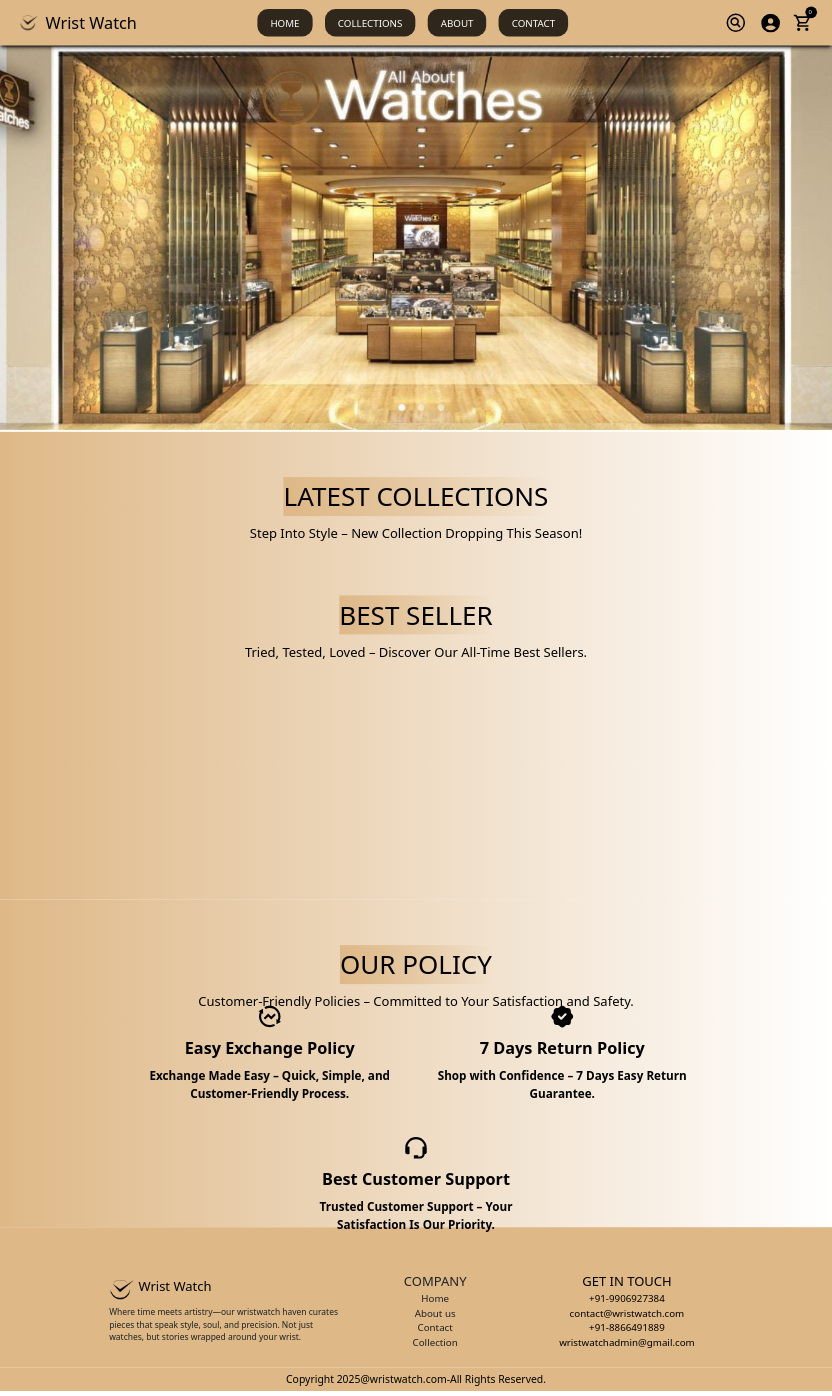
Repository: mansibhanushali/online_watch_ecommerce_mernstack_webapplication
Page: / (app in frontend/)
These files come from the project's save history. The page is drawn as it stood at one moment and after the next save; the edit follows.
The browser window is 1280 px wide. The pictures show the whole page, at 65% of full size.
The page's requests for data from a server got no answer. The project was rebuilt for these pictures with package versions that can differ from the ones it lists, and the page was loaded fresh each time. No one was signed in, and anything a server would have sent is missing. Also part of the build but not shown: frontend/vite.config.js, frontend/src/component/Loading.jsx, frontend/src/pages/Registration.jsx, frontend/src/component/Card.jsx, frontend/src/pages/Login.jsx, frontend/src/pages/About.jsx, frontend/src/pages/Collections.jsx, frontend/src/pages/Contact.jsx and 6 more.

Above is the page before, as saved 2025-08-16 19:49:23.

### frontend/index.html
<!doctype html>
<html lang="en">
  <head>
    <meta charset="UTF-8" />
    <link rel="icon" type="image/svg+xml" href="\logo1.png" />
    <meta name="viewport" content="width=device-width, initial-scale=1.0" />
    <title>Wristwatch</title>
  </head>
  <body>
    <div id="root"></div>
    <script type="module" src="/src/main.jsx"></script>
  </body>
</html>

### frontend/src/main.jsx
// src/main.jsx
import React from 'react';
import { createRoot } from 'react-dom/client';
import { BrowserRouter } from 'react-router-dom';
import './index.css';

import App from './App.jsx';
import AuthContext from './context/authContext.jsx';
import UserContextProvider from './context/UserContext.jsx';
import ShopContext from './context/ShopContext.jsx';

createRoot(document.getElementById('root')).render(
  <React.StrictMode>
    <BrowserRouter>
      <AuthContext>
        <UserContextProvider>
          <ShopContext>
            <App />
          </ShopContext>
        </UserContextProvider>
      </AuthContext>
    </BrowserRouter>
  </React.StrictMode>
);

### frontend/src/index.css
@import "tailwindcss";

body {
  @apply bg-white min-h-screen;
}

### frontend/src/App.jsx
import React, { useContext } from 'react';
import { Navigate, Route, Routes, useLocation } from 'react-router-dom';
import Registration from './pages/Registration';
import Home from './pages/Home';
import Login from './pages/Login';
import Nav from './component/Nav';
import { userDataContext } from './context/UserContext';
import About from './pages/About';
import Collections from './pages/Collections';
import Product from './pages/Product';
import Contact from './pages/Contact';
import ProductDetail from './pages/ProductDetail';
import Cart from './pages/Cart';
import PlaceOrder from './pages/PlaceOrder';
import Order from './pages/Order';
import { ToastContainer } from 'react-toastify';
import NotFound from './pages/NotFound';

function App() {
  const { userData } = useContext(userDataContext);
  const location = useLocation();

  // Protected route wrapper
  const ProtectedRoute = (Component) => {
    return userData ? (
      Component
    ) : (
      <Navigate to="/login" state={{ from: location.pathname }} />
    );
  };

  return (
    <>
      <ToastContainer />
      <Nav />
      <Routes>
        {/* Public Routes */}
        <Route path="/" element={<Home />} />
        <Route path="/about" element={<About />} />
        <Route path="/collection" element={<Collections />} />
        <Route path="/collection/:category" element={<Collections />} />
        <Route path="/product" element={<Product />} />
        <Route path="/contact" element={<Contact />} />

        {/* Auth Routes */}
        <Route
          path="/login"
          element={
            userData ? (
              <Navigate to={location.state?.from || '/'} />
            ) : (
              <Login />
            )
          }
        />
        <Route
          path="/signup"
          element={
            userData ? (
              <Navigate to={location.state?.from || '/'} />
            ) : (
              <Registration />
            )
          }
        />

        {/* Protected Routes */}
        <Route
          path="/productdetail/:productId"
          element={ProtectedRoute(<ProductDetail />)}
        />
        <Route path="/cart" element={ProtectedRoute(<Cart />)} />
        <Route path="/placeorder" element={ProtectedRoute(<PlaceOrder />)} />
        <Route path="/order" element={ProtectedRoute(<Order />)} />

        {/* 404 Fallback */}
        <Route path="*" element={<NotFound />} />
      </Routes>
    </>
  );
}

export default App;

### frontend/src/context/AuthContext.jsx
// src/context/AuthContext.jsx
import React, { createContext, useReducer, useEffect } from "react";
import axios from "axios";

const initialState = {
  user: null,
  token: null,
  isAuthenticated: false,
};

function reducer(state, action) {
  switch (action.type) {
    case "LOGIN":
      return {
        ...state,
        user: action.payload.user,
        token: action.payload.token,
        isAuthenticated: true,
      };
    case "LOGOUT":
      return initialState;
    default:
      return state;
  }
}

export const authDataContext = createContext();

function AuthContext({ children }) {
  const serverUrl = "http://localhost:8000";

  const [state, dispatch] = useReducer(reducer, initialState, () => {
    const token = localStorage.getItem("token");
    const user = localStorage.getItem("user");
    return token && user
      ? { token, user: JSON.parse(user), isAuthenticated: true }
      : initialState;
  });

  // axios defaults setup (runs whenever token changes)
  useEffect(() => {
    axios.defaults.baseURL = serverUrl;
    axios.defaults.withCredentials = true;

    if (state.token) {
      axios.defaults.headers.common["Authorization"] = `Bearer ${state.token}`;
      localStorage.setItem("token", state.token);
      localStorage.setItem("user", JSON.stringify(state.user));
    } else {
      delete axios.defaults.headers.common["Authorization"];
      localStorage.removeItem("token");
      localStorage.removeItem("user");
    }
  }, [state.token, state.user]);

  // Fetch current user from backend
  const fetchCurrentUser = async (token) => {
    try {
      const res = await axios.get("/api/user/getcurrentuser", {
        headers: { Authorization: `Bearer ${token}` }
      });
      return res.data;
    } catch (err) {
      console.error("Fetch current user error:", err.response?.data || err.message);
      return null;
    }
  };

  // Login and fetch user
  const login = async ({ token }) => {
    const user = await fetchCurrentUser(token);
    if (user) {
      dispatch({ type: "LOGIN", payload: { token, user } });
    }
  };

  const logout = () => dispatch({ type: "LOGOUT" });

  // Auto login when page refreshes
  useEffect(() => {
    const autoLogin = async () => {
      if (state.token && !state.user) {
        const user = await fetchCurrentUser(state.token);
        if (user) {
          dispatch({ type: "LOGIN", payload: { token: state.token, user } });
        }
      }
    };
    autoLogin();
  }, []);

  return (
    <authDataContext.Provider value={{ serverUrl, ...state, login, logout }}>
      {children}
    </authDataContext.Provider>
  );
}

export default AuthContext;

### frontend/src/context/UserContext.jsx
// src/context/UserContext.jsx
import React, { createContext, useContext, useEffect, useState } from 'react';
import { authDataContext } from './AuthContext';
import axios from 'axios';

export const userDataContext = createContext();

function UserContextProvider({ children }) {
  const [userData, setUserData] = useState(null);
  const { serverUrl } = useContext(authDataContext);

  const getCurrentUser = async () => {
    try {
      // ✅ Cookie-based request
      const result = await axios.get(`${serverUrl}/api/user/getcurrentuser`, {
        withCredentials: true, // Cookie automatically send होगी
      });

      if (result.data?.success) {
        setUserData(result.data.user);
      } else {
        setUserData(null);
      }
    } catch (error) {
      setUserData(null);
      console.error("getCurrentUser error:", error);
    }
  };

  // 🔹 Page load pe call
  useEffect(() => {
    getCurrentUser();
  }, []);

  return (
    <userDataContext.Provider value={{ userData, setUserData, getCurrentUser }}>
      {children}
    </userDataContext.Provider>
  );
}

export default UserContextProvider;

### frontend/src/context/ShopContext.jsx
import React, { createContext, useContext, useEffect, useState, useCallback } from 'react';
import { authDataContext } from './authContext';
import { userDataContext } from './UserContext';
import axios from 'axios';
import { toast } from 'react-toastify';

export const shopDataContext = createContext();

function ShopContextProvider({ children }) {
  const [products, setProducts] = useState([]);
  const [search, setSearch] = useState('');
  const { userData } = useContext(userDataContext);
  const [showSearch, setShowSearch] = useState(false);
  const { serverUrl } = useContext(authDataContext);
  const [cartItem, setCartItem] = useState({});
  const [loading, setLoading] = useState(false);
  const [token, setToken] = useState(localStorage.getItem("token") || "");

  const currency = '₹';
  const delivery_fee = 40;

  // token sync
  useEffect(() => {
    const savedToken = localStorage.getItem("token");
    if (savedToken) {
      setToken(savedToken);
    }
  }, []);

  // ✅ Get products
  const getProducts = useCallback(async () => {
    if (!serverUrl) return;
    try {
      const result = await axios.get(`${serverUrl}/api/product/list`);
      setProducts(result.data);
    } catch (error) {
      console.error("Get Products Error:", error);
    }
  }, [serverUrl]);

  // ✅ Add to cart
  const addtoCart = async (itemId) => {
    let cartData = structuredClone(cartItem);
    cartData[itemId] = (cartData[itemId] || 0) + 1;
    setCartItem(cartData);

    if (userData && token) {
      setLoading(true);
      try {
        await axios.post(
          `${serverUrl}/api/cart/add`,
          { itemId },
          {
            headers: { Authorization: `Bearer ${token}` },
            withCredentials: true
          }
        );
      } catch (error) {
        console.error(error);
        toast.error("Add Cart Error");
      } finally {
        setLoading(false);
      }
    }
  };

  // ✅ Get user cart
  const getUserCart = useCallback(async () => {
    if (!token || !serverUrl) return;
    try {
      const result = await axios.post(
        `${serverUrl}/api/cart/get`,
        {},
        {
          headers: { Authorization: `Bearer ${token}` },
          withCredentials: true
        }
      );
      setCartItem(result.data || {});
    } catch (error) {
      console.error("Get User Cart Error:", error);
    }
  }, [serverUrl, token]);

  // ✅ Update cart item quantity
  const updateQuantity = async (itemId, quantity) => {
    let cartData = structuredClone(cartItem);
    cartData[itemId] = quantity;
    setCartItem(cartData);

    if (userData && token) {
      try {
        await axios.post(
          `${serverUrl}/api/cart/update`,
          { itemId, quantity },
          {
            headers: { Authorization: `Bearer ${token}` },
            withCredentials: true
          }
        );
      } catch (error) {
        console.error(error);
      }
    }
  };

  // ✅ Total cart items count
  const getCartCount = () => {
    return Object.values(cartItem).reduce((acc, qty) => acc + qty, 0);
  };

  // ✅ Total cart amount
  const getCartAmount = () => {
    let totalAmount = 0;
    for (const itemId in cartItem) {
      let itemInfo = products.find((product) => product._id === itemId);
      if (itemInfo && cartItem[itemId] > 0) {
        totalAmount += itemInfo.price * cartItem[itemId];
      }
    }
    return totalAmount;
  };

  // Fetch products and cart
  useEffect(() => {
    getProducts();
  }, [getProducts]);

  useEffect(() => {
    getUserCart();
  }, [getUserCart]);

  let value = {
    products,
    currency,
    delivery_fee,
    getProducts,
    search,
    setSearch,
    showSearch,
    setShowSearch,
    cartItem,
    addtoCart,
    getCartCount,
    setCartItem,
    updateQuantity,
    getCartAmount,
    loading,
    serverUrl,
    setToken,
    token
  };

  return (
    <shopDataContext.Provider value={value}>
      {children}
    </shopDataContext.Provider>
  );
}

export default ShopContextProvider;

### frontend/src/pages/Home.jsx
import React, { useState, useEffect } from 'react'
import Backgound from '../component/Backgound'
import Product from './Product'
import OurPolicy from '../component/OurPolicy'
import Footer from '../component/Footer'

function Home() {
  let [heroCount, setHeroCount] = useState(0)

  useEffect(() => {
    let interval = setInterval(() => {
      setHeroCount(prevCount => (prevCount === 3 ? 0 : prevCount + 1))
    }, 3000)
    return () => clearInterval(interval)
  }, [])

  return (
    <div className="overflow-x-hidden relative top-[70px]">
      <div className="w-[100vw] lg:h-[55vh] md:h-[50vh] sm:h-[30vh] bg-gradient-to-l from-[burlwood] to-[burlywood]">
        <Backgound heroCount={heroCount} />
      </div>
      <Product />
      <OurPolicy />
      <Footer />
    </div>
  )
}

export default Home

### frontend/src/pages/Product.jsx
import React from 'react'
import LatestCollection from '../component/LatestCollection'
import BestSeller from '../component/BestSeller'

function Product() {
  return (
    <div className='w-[100vw] min-h-[100vh] bg-gradient-to-l from-[burlwood] to-[burlywood] flex items-center justify-start flex-col py-[20px]'>

        <div className='w-[100%] min-h-[70px] flex items-center justify-center gap-[10px]  flex-col '>
            <LatestCollection/>
        </div>
        <div className='w-[100%] min-h-[70px] flex items-center justify-center gap-[10px]  flex-col '>
            <BestSeller/>
        </div>

    </div>
  )
}

export default Product

### frontend/src/component/Backgound.jsx
import React from 'react'
import back1 from "../assets/back1.jpg"

function Background() {
  return (
    <img
      src={back1}
      alt="background"
      className="w-[100%] h-[150%] float-left overflow-auto object-cover"
    />
  )
}

export default Background

### frontend/src/component/OurPolicy.jsx
import React from 'react'
import Title from './Title'
import { RiExchangeFundsLine } from "react-icons/ri";
import { TbRosetteDiscountCheckFilled } from "react-icons/tb";
import { BiSupport } from "react-icons/bi";

function OurPolicy() {
  return (
    <div className='w-[100vw] h-[100vh] md:h-[70vh] flex items-center justify-start flex-col  bg-gradient-to-l from-[burlwood] to-[burlywood] gap-[50px] '>
        <div className='h-[8%] w-[100%] text-center mt-[70px] '>
            <Title text1={<span className='text-[black]'>OUR</span>} text2={<span className='text-[black]'>POLICY</span>}/>
            <p className='w-[100%] m-auto text-[13px] md:text-[20px] px-[10px] text-black '>Customer-Friendly Policies – Committed to Your Satisfaction and Safety.</p>
        </div>
      <div className='w-[100%] md:min-h-[50%] h-[20%] flex items-center justify-center flex-wrap lg:gap-[50px] gap-[80px]'>
        <div className='w-[400px] max-w-[90%] h-[60%] flex items-center justify-center flex-col gap-[10px] '>
        <RiExchangeFundsLine  className='md:w-[60px] w-[30px] h-[30px] md:h-[60px] text-[black]'/>
        <p className='font-semibold md:text-[25px] text-[19px] text-[black]'>Easy Exchange Policy</p>
        <p className='font-semibold md:text-[18px] text-[12px] text-[black] text-center'>Exchange Made Easy – Quick, Simple, and Customer-Friendly Process.</p>

        </div>
        <div className='w-[400px] max-w-[90%] h-[60%] flex items-center justify-center flex-col gap-[10px] '>
        <TbRosetteDiscountCheckFilled  className='md:w-[60px] w-[30px] h-[30px] md:h-[60px] text-[black]'/>
        <p className='font-semibold md:text-[25px] text-[19px] text-[black]'>7 Days Return Policy</p>
        <p className='font-semibold md:text-[18px] text-[12px] text-[black] text-center'>Shop with Confidence – 7 Days Easy Return Guarantee.</p>

        </div>
        <div className='w-[400px] max-w-[90%] h-[60%] flex items-center justify-center flex-col gap-[10px] '>
        <BiSupport  className='md:w-[60px] w-[30px] h-[30px] md:h-[60px] text-[black]'/>
        <p className='font-semibold md:text-[25px] text-[19px] text-[black]'>Best Customer Support</p>
        <p className='font-semibold md:text-[18px] text-[12px] text-[black] text-center'>Trusted Customer Support – Your Satisfaction Is Our Priority.</p>

        </div>
      </div>
    </div>
  )
}

export default OurPolicy

### frontend/src/component/Footer.jsx
import React from 'react'
import logo from "../assets/logo.png"
function Footer() {
  return (
    <div className='w-[100%] md:h-[36vh] h-[21vh] mb-[77px] md:mb-[0px]'>
        <div className='w-[100%] md:h-[30vh] h-[15vh]  md:mb-[0px] bg-[burlywood] flex items-center justify-center md:px-[50px] px-[5px]'>
            <div className='md:w-[30%] w-[35%] h-[100%] flex items-start justify-center flex-col gap-[5px]  '>
                <div className='flex items-start justify-start gap-[5px] mt-[10px] md:mt-[40px]'>
                    <img src={logo} alt=""  className='md:w-[40px] md:h-[40px] w-[30px] h-[30px]'/>
                    <p className='text-[19px] md:text-[20px] text-[black] '>Wrist Watch</p>

                </div>
                <p className='text-[13px] text-[#1e2223] hidden md:block'>Where time meets artistry—our wristwatch haven curates pieces that speak style, soul, and precision. Not just watches, but stories wrapped around your wrist.</p>
                    <p className='text-[15px] text-[#1e2223] flex md:hidden'>Fast Easy Reliable</p>


            </div>
            <div className='md:w-[25%] w-[30%] h-[100%] flex items-center justify-center flex-col text-center'>
                    <div className='flex items-center justify-center gap-[5px] mt-[10px] md:mt-[40px]'>
                        <p className='text-[19px] md:text-[20px] text-[#1e2223] font-sans '>COMPANY</p>

                    </div>
                    <ul>
                         <li className='text-[15px] text-[#1e2223] hidden md:block cursor-pointer'>Home</li>
                        <li className='text-[15px] text-[#1e2223] cursor-pointer '>About us</li>
                        <li className='text-[15px] text-[#1e2223] cursor-pointer '>Contact</li>
                        <li className='text-[15px] text-[#1e2223] cursor-pointer '>Collection</li>
                    </ul>
                </div>

                <div className='md:w-[25%] w-[40%]  h-[100%] flex items-center justify-center flex-col text-center '>
                     <div className='flex items-center justify-center gap-[5px] mt-[10px] md:mt-[40px]'>
                        <p className='text-[19px] md:text-[20px] text-[black] font-sans '>GET IN TOUCH</p>

                    </div>
                     <ul>
                         <li className='text-[15px] text-[black] '>+91-9906927384</li>
                        <li className='text-[15px] text-[black] '>contact@wristwatch.com</li>
                        <li className='text-[15px] text-[black] hidden md:block'>+91-8866491889</li>
                        <li className='text-[15px] text-[black] hidden md:block'>wristwatchadmin@gmail.com</li>
                    </ul>
                </div>

        </div>
        <div className='w-[100%] h-[5vh] bg-[burlywood] flex items-center justify-center'>Copyright 2025@wristwatch.com-All Rights Reserved.</div>

    </div>
  )
}

export default Footer

### frontend/src/component/Title.jsx
import React from 'react'

function Title({text1 ,text2}) {
  return (
    <div className='inline-flex gap-2 items-center text-center mb-3 text-[35px] md:text-[40px] bg-gradient-to-l from-[burlwood] to-[burlywood]'>
        <p className='text-black'>{text1} <span className='text-[black] '>{text2}</span></p>

    </div>
  )
}

export default Title

### frontend/src/component/LatestCollection.jsx
import React, { useContext, useEffect, useState } from 'react'
import Title from './Title'
import { shopDataContext } from '../context/ShopContext'
import Card from './Card'

function LatestCollection() {
    let {products} = useContext(shopDataContext)
    let [latestProducts,setLatestProducts] = useState([])

    useEffect(()=>{
    setLatestProducts(products.slice(0,8));
    },[products])

  return (
    <div>
      <div className='h-[8%] w-[100%] text-center md:mt-[50px] '>
        <Title text1={<span className='text-black'>LATEST</span>} text2={<span className='text-black'>COLLECTIONS</span>}/>
        <p className='w-[100%] m-auto text-[13px] md:text-[20px] px-[10px] text-black '>Step Into Style – New Collection Dropping This Season!</p>
      </div>
      <div className='w-[100%] h-[50%] mt-[30px] flex items-center justify-center flex-wrap gap-[50px]'>
        {
            latestProducts.map((item,index)=>(
                <Card key={index} name={item.name} image={item.image} id={item._id} price={item.price}/>
            ))
        }

        </div>
    </div>
  )
}

export default LatestCollection

### frontend/src/component/BestSeller.jsx
import React, { useContext, useEffect, useState } from 'react';
import Title from './Title';
import { shopDataContext } from '../context/ShopContext';
import Card from './Card';

function BestSeller() {
  let { products, serverUrl } = useContext(shopDataContext);
  let [bestSeller, setBestSeller] = useState([]);

  useEffect(() => {
    let filterProduct = products.filter((item) => item.bestseller);
    setBestSeller(filterProduct.slice(0, 4));
  }, [products]);

  // Function to build correct image URL
  const getImageUrl = (img) => {
    if (!img) return "https://via.placeholder.com/300x300?text=No+Image"; // fallback
    return img.startsWith("http") ? img : `${serverUrl}/uploads/${img}`;
  };

  return (
    <div>
      <div className="h-[8%] w-[100%] text-center mt-[50px]">
        <Title text1={<span className='text-black'>BEST</span>} text2={<span className='text-black'>SELLER</span>} />
        <p className="w-[100%] m-auto text-[13px] md:text-[20px] px-[10px] text-black">
          Tried, Tested, Loved – Discover Our All-Time Best Sellers.
        </p>
      </div>

      <div className="w-[100%] h-[50%] mt-[30px] flex items-center justify-center flex-wrap gap-[50px]">
        {bestSeller.map((item, index) => (
          <Card
            key={index}
            name={item.name}
            id={item._id}
            price={item.price}
            image={getImageUrl(item.image)}
          />
        ))}
      </div>
    </div>
  );
}

export default BestSeller;

Loaded but not shown: frontend/src/component/Nav.jsx (139 lines, source omitted)

After the next save:
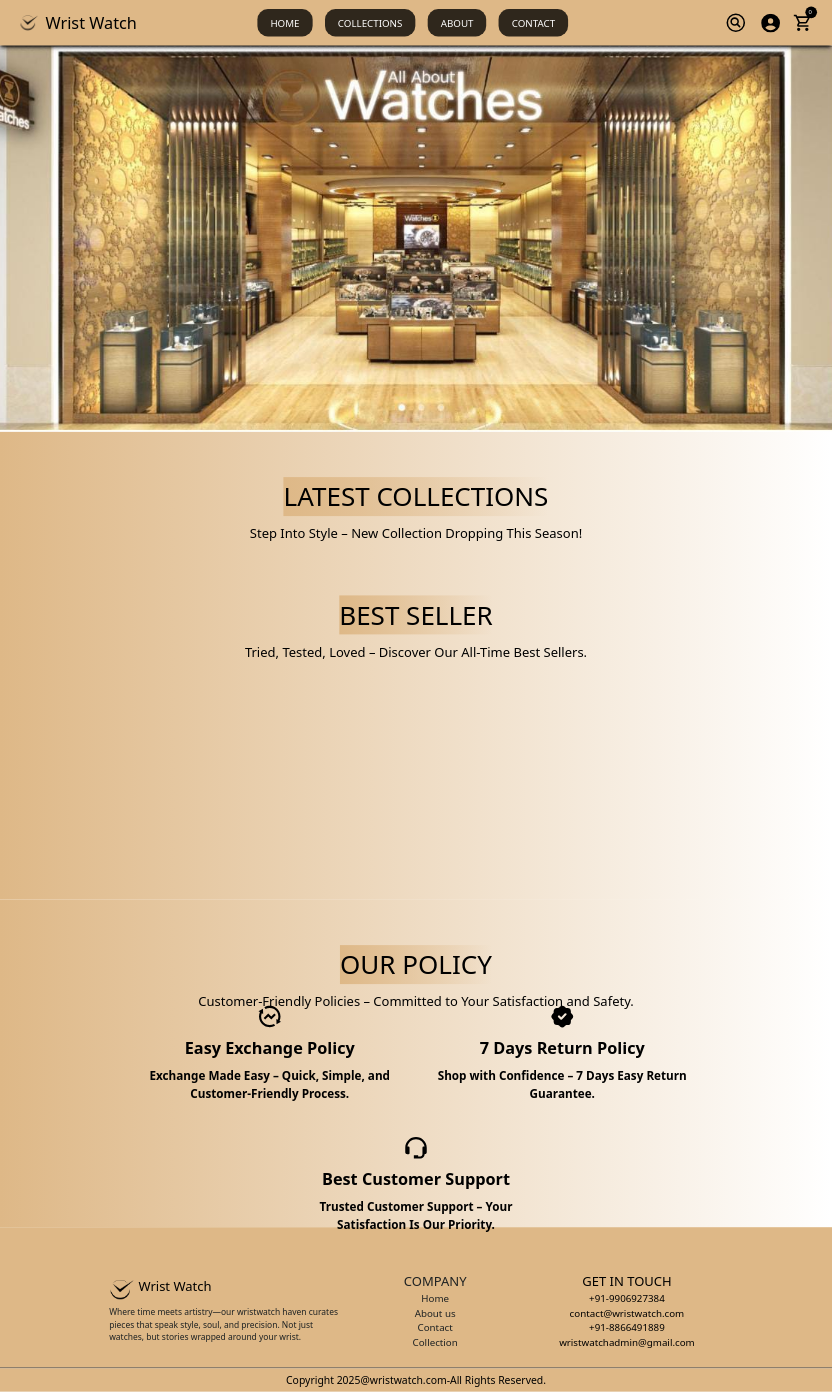
Saved 20 s later.
--- a/frontend/src/component/Footer.jsx
+++ b/frontend/src/component/Footer.jsx
@@ -42,6 +42,7 @@ function Footer() {
                 </div>
 
         </div>
+        <div className='w-[100%] h-[1px] bg-black'></div>
         <div className='w-[100%] h-[5vh] bg-[burlywood] flex items-center justify-center'>Copyright 2025@wristwatch.com-All Rights Reserved.</div>
 
     </div>
